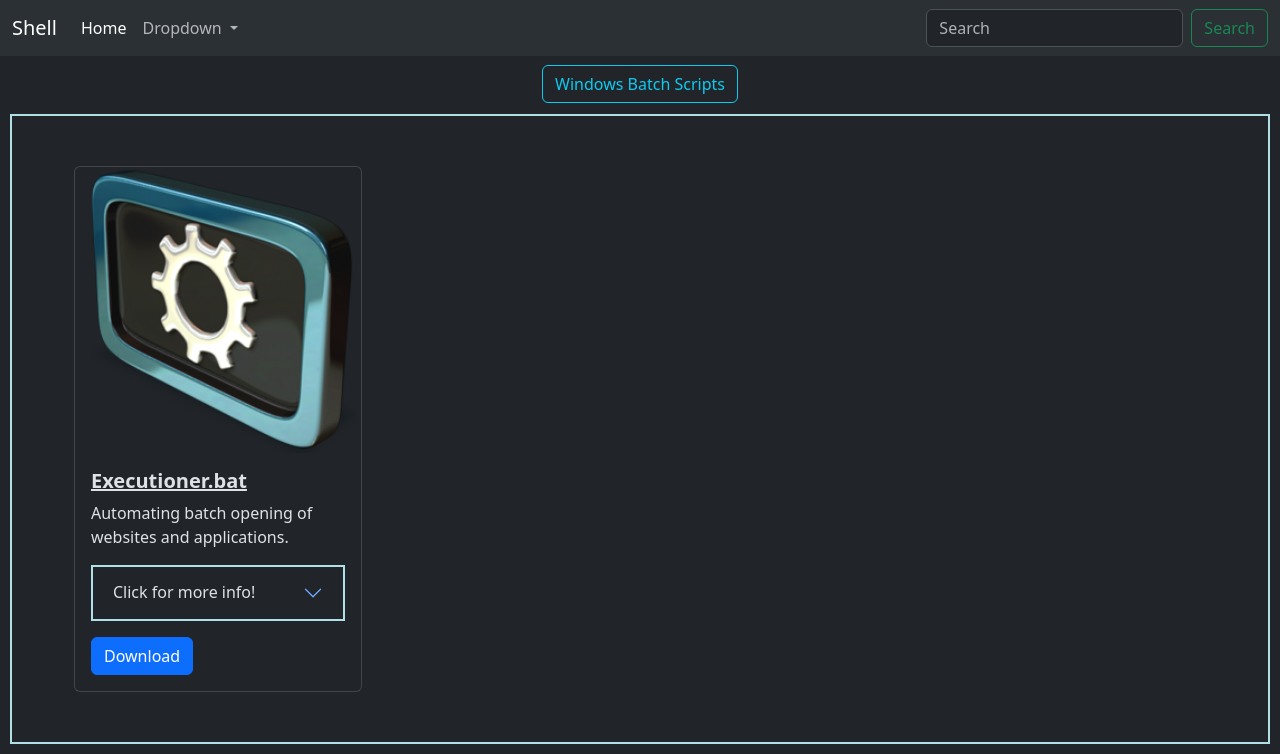
Repository: VictoriousMango/Archive
Page: index.html
An editor plug-in stored every save of this project. The page is shown before and after the next save, followed by the edit.
The browser window is 1280 px wide. The pictures show the whole page.

Above is the page before, as saved 2024-06-06 01:34:16.

After the next save:
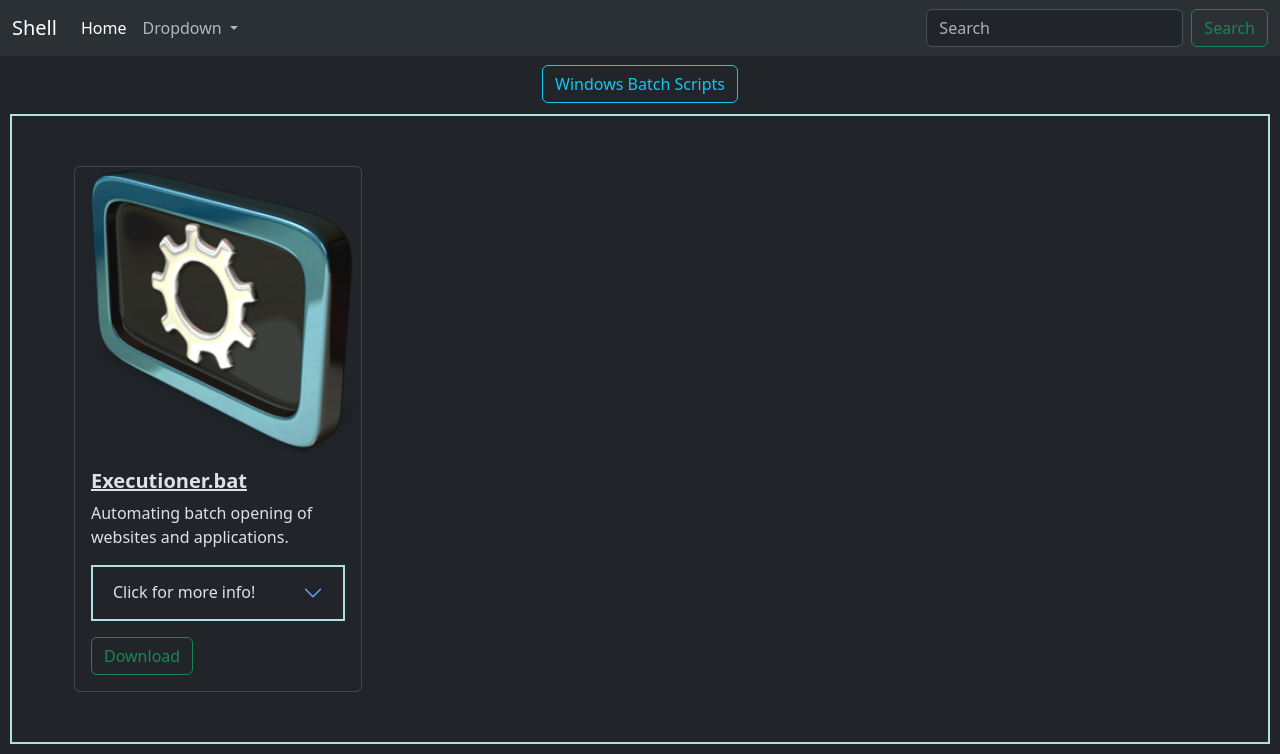
Saved 77 s later.
--- a/index.html
+++ b/index.html
@@ -65,7 +65,7 @@
                                   </div>
                                 </div>
                         </p>
-                        <a href="Groups/Projects/Executioner.bat" class="btn btn-primary" download>Download</a>
+                        <a href="Groups/Projects/Executioner.bat" class="btn btn-outline-success" download>Download</a>
                     </div>
                   </div>
             </div>
